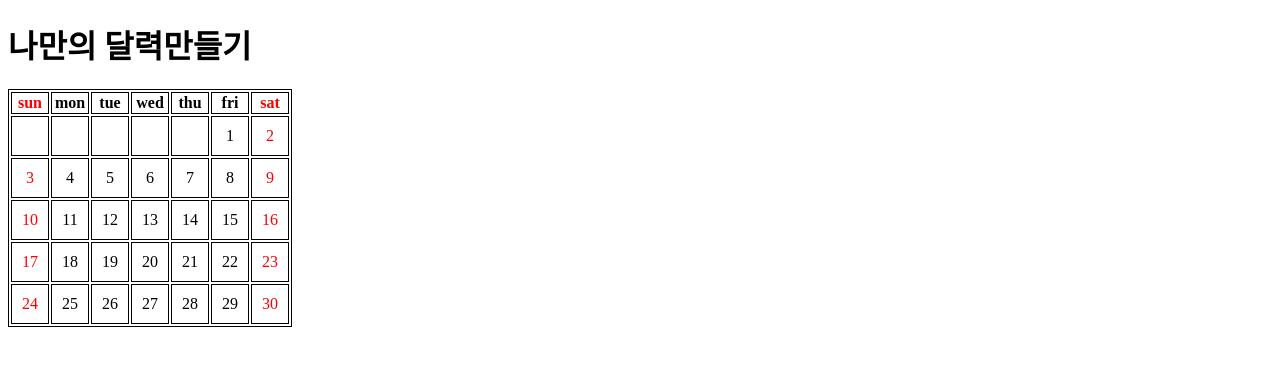
Repository: rong9835/spc2026
Page: homework/calendar.html
The author's editor kept a copy of each file at every save. The page is drawn from the files as they stood at one save, then again after the next save.
The browser window is 1280 px wide. The pictures show the whole page.

Above is the page before, as saved 2026-04-22 22:51:22.

After the next save:
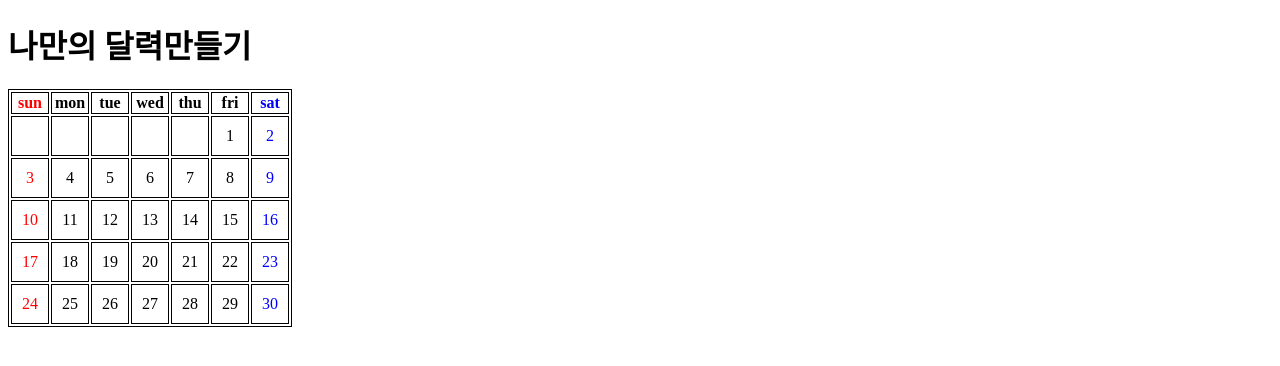
Saved 7 s later.
--- a/homework/calendar.css
+++ b/homework/calendar.css
@@ -15,5 +15,5 @@ table {
   color: red;
 }
 #calendar tr :last-child {
-  color: red;
+  color: blue;
 }
